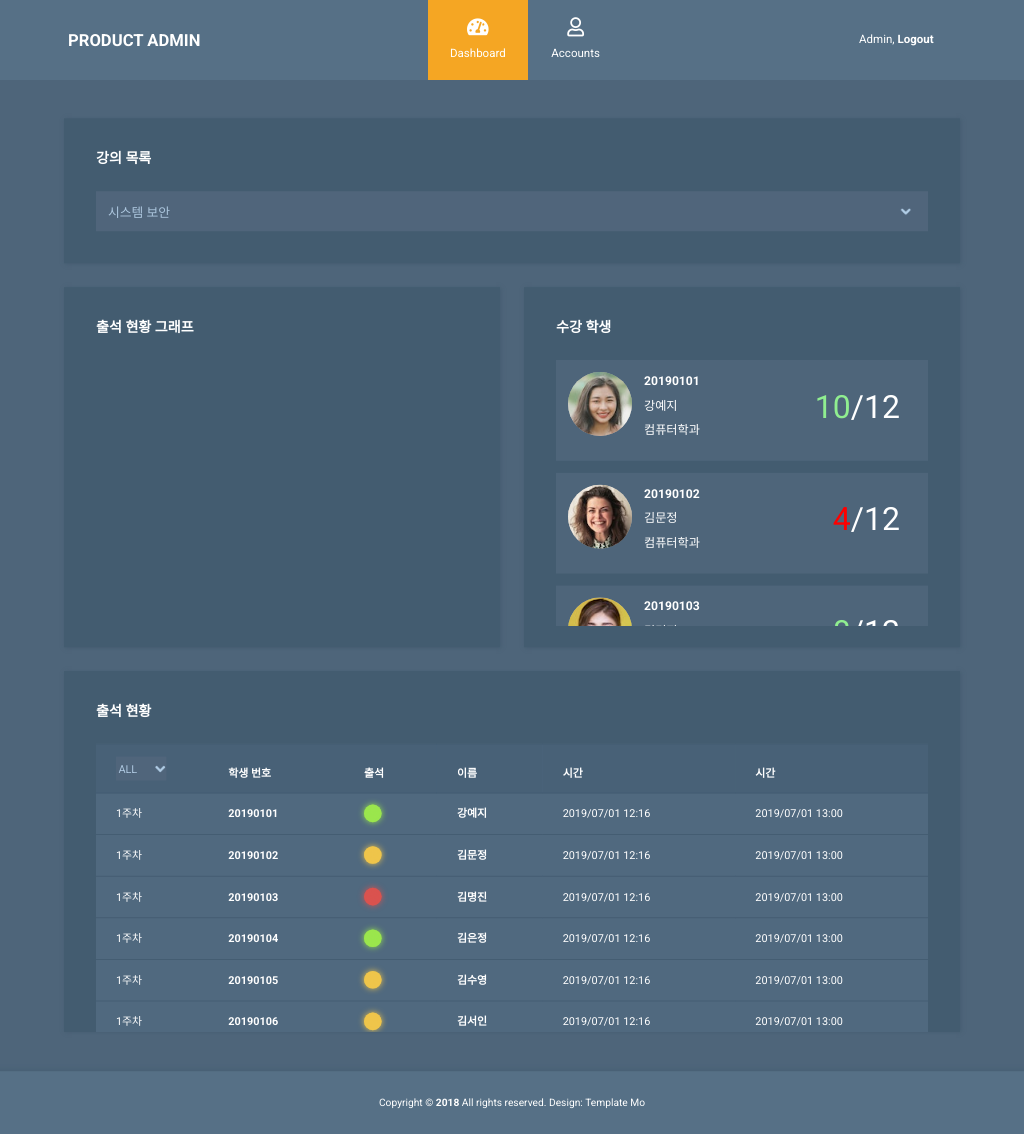
Repository: YJ-S2/2019-FaceAPI
Page: test1-master/web/123/WebContent/web1.html
An editor plug-in stored every save of this project. The page is shown before and after the next save, followed by the edit.
The browser window is 1280 px wide. The pictures show the whole page, at 80% of full size.
An inner scrolling area shows only its first screen.

Above is the page before, as saved 2019-08-11 16:26:52.
Console error: ReferenceError: drawPieChart is not defined

### test1-master/web/123/WebContent/web1.html
<!DOCTYPE html>
<html lang="en">

<head>
    <meta charset="UTF-8">
    <meta name="viewport" content="width=device-width, initial-scale=1.0">
    <meta http-equiv="X-UA-Compatible" content="ie=edge">
    <title>Product Admin - Dashboard HTML Template</title>
    <link rel="icon" type="image/png" href="img/logo1.png"/>

    <link rel="stylesheet" href="https://fonts.googleapis.com/css?family=Roboto:400,700">
    <!-- https://fonts.google.com/specimen/Roboto -->
    <link rel="stylesheet" href="css/fontawesome.min.css">
    <!-- https://fontawesome.com/ -->
    <link rel="stylesheet" href="css/bootstrap.min.css">
    <!-- https://getbootstrap.com/ -->
    <link rel="stylesheet" href="css/templatemo-style.css">
    <!--
	Product Admin CSS Template
	https://templatemo.com/tm-524-product-admin
	-->
	<style>
	.custom-select30 {
	  width: 70%;
	  border: none;
	  color: #acc6de;
	  height: 30px;
	  -webkit-appearance: none;
	  -moz-appearance: none;
	  -ms-appearance: none;
	  -o-appearance: none;
	  appearance: none;
	  -webkit-border-radius: 0;
	  -moz-border-radius: 0;
	  -ms-border-radius: 0;
	  -o-border-radius: 0;
	  border-radius: 0;
	  padding: 3px;
	  background: url(../img/arrow-down.png) 98% no-repeat #50657b;
	}
	.left-mj{
		 margin: 0 0 0 auto;
	}
	.c_red{
		color:red;
	}
	.c_green{
		color:lightgreen;
	}
	.logo {
  width: 25%;
  height: 100%;
  display: -webkit-box;
  display: -webkit-flex;
  display: -moz-box;
  display: -ms-flexbox;
  display: flex;
  justify-content: flex-start;
  align-items: center;
}

.logo img {
  max-width: 100%;
  max-height: 50%;
}
.logo{display: none;}
	.percen{
		align:center;
		padding:20px;
	}
	.tm-status-circle1 {
  display: inline-block;
  margin-right: 5px;
  vertical-align: middle;
  width: 22px;
  height: 22px;
  border-radius: 50%;
  margin-top: -3px;
}
	</style>
</head>

<body id="reportsPage">
    <div class="" id="home">
        <nav class="navbar navbar-expand-xl">
            <div class="container h-100">
                <a class="navbar-brand" href="index.html">
                	<h1 class="tm-site-title mb-0">Product Admin</h1>
                	<!-- <img src="img/logo_2.png" alt="" class="">-->
                </a>
                <button class="navbar-toggler ml-auto mr-0" type="button" data-toggle="collapse" data-target="#navbarSupportedContent"
                    aria-controls="navbarSupportedContent" aria-expanded="false" aria-label="Toggle navigation">
                    <i class="fas fa-bars tm-nav-icon"></i>
                </button>

                <div class="collapse navbar-collapse" id="navbarSupportedContent">
                    <ul class="navbar-nav mx-auto h-100">
                        <li class="nav-item">
                            <a class="nav-link active" href="#">
                                <i class="fas fa-tachometer-alt"></i>
                                Dashboard
                                <span class="sr-only">(current)</span>
                            </a>
                        </li>

                        <li class="nav-item">
                            <a class="nav-link" href="http://localhost:9089/123/accounts.html">
                                <i class="far fa-user"></i>
                                Accounts
                            </a>
                        </li>
                    </ul>
                    <ul class="navbar-nav">
                        <li class="nav-item">
                            <a class="nav-link d-block" href="login.html">
                                Admin, <b>Logout</b>
                            </a>
                        </li>
                    </ul>
                </div>
            </div>

        </nav>
        <div class="container mt-5">
            <div class="row tm-content-row">
		          <div class="col-12 tm-block-col">
		            <div class="tm-bg-primary-dark tm-block tm-block-h-auto">
		              <h2 class="tm-block-title">강의 목록</h2>
		              <select class="custom-select">
		                <option value="0">시스템 보안</option>
		                <option value="1">모바일 소프트웨어</option>
		                <option value="2">시스템 프로그래밍</option>
		                <option value="3">데이터베이스 개론</option>
		                <option value="4">컴퓨터 구조</option>
		              </select>
		            </div>
		          </div>
		        </div>
            <!-- row -->
            <div class="row tm-content-row">



                <div class="col-sm-12 col-md-12 col-lg-6 col-xl-6 tm-block-col">
                    <div class="tm-bg-primary-dark tm-block tm-block-taller">
                        <h2 class="tm-block-title">출석 현황 그래프</h2>
                        <div id="pieChartContainer">
                            <canvas id="pieChart" class="chartjs-render-monitor" width="200" height="200"></canvas>
                        </div>
                    </div>
                </div>
                <div class="col-sm-12 col-md-12 col-lg-6 col-xl-6 tm-block-col">
                    <div class="tm-bg-primary-dark tm-block tm-block-taller tm-block-overflow">
                        <h2 class="tm-block-title">수강 학생</h2>
                        <div class="tm-notification-items">
                            <div class="media tm-notification-item">
                                <div class="tm-gray-circle">
                                	<img src="img/notification-01.jpg" alt="Avatar Image" class="rounded-circle">
                                </div>

	                            <div class="media-body">
	                                <p class="mb-2"><b>20190101</b></p>
	                                <p class="mb-2">강예지</p>
	                                <p class="mb-2">컴퓨터학과</p>
	                            </div>
	                            <div class="percen">
	                            	<h1><span class="c_green">10</span>/12</h1>
	                            </div>
                            </div>
                            <div class="media tm-notification-item">
                                <div class="tm-gray-circle"><img src="img/notification-02.jpg" alt="Avatar Image" class="rounded-circle">
                                </div>
                                <div class="media-body">
                                    <p class="mb-2"><b>20190102</b></p>
	                                <p class="mb-2">김문정</p>
	                                <p class="mb-2">컴퓨터학과</p>
                                </div>
                                <div class="percen">
	                            	<h1><span class="c_red">4</span>/12</h1>
	                            </div>
                            </div>
                            <div class="media tm-notification-item">
                                <div class="tm-gray-circle"><img src="img/notification-03.jpg" alt="Avatar Image" class="rounded-circle"></div>
                                <div class="media-body">
                                    <p class="mb-2"><b>20190103</b></p>
	                                <p class="mb-2">김명진</p>
	                                <p class="mb-2">컴퓨터학과</p>
	                            </div>
	                                <div class="percen">
	                                	<h1><span class="c_green">8</span>/12</h1>
	                                </div>

                            </div>
                            <div class="media tm-notification-item">
                                <div class="tm-gray-circle"><img src="img/notification-01.jpg" alt="Avatar Image" class="rounded-circle"></div>
                                <div class="media-body">
                                    <p class="mb-2"><b>Laura Cute</b> and <b>6 others</b> sent you <a href="#"
                                            class="tm-notification-link">product records</a>.</p>
                                    <span class="tm-small tm-text-color-secondary">6h ago.</span>
                                </div>
                            </div>
                            <div class="media tm-notification-item">
                                <div class="tm-gray-circle"><img src="img/notification-02.jpg" alt="Avatar Image" class="rounded-circle"></div>
                                <div class="media-body">
                                    <p class="mb-2"><b>Samantha</b> and <b>6 others</b> sent you <a href="#"
                                            class="tm-notification-link">order stuffs</a>.</p>
                                    <span class="tm-small tm-text-color-secondary">6h ago.</span>
                                </div>
                            </div>
                            <div class="media tm-notification-item">
                                <div class="tm-gray-circle"><img src="img/notification-03.jpg" alt="Avatar Image" class="rounded-circle"></div>
                                <div class="media-body">
                                    <p class="mb-2"><b>Sophie</b> and <b>6 others</b> sent you <a href="#"
                                            class="tm-notification-link">product updates</a>.</p>
                                    <span class="tm-small tm-text-color-secondary">6h ago.</span>
                                </div>
                            </div>
                            <div class="media tm-notification-item">
                                <div class="tm-gray-circle"><img src="img/notification-01.jpg" alt="Avatar Image" class="rounded-circle"></div>
                                <div class="media-body">
                                    <p class="mb-2"><b>Lily A</b> and <b>6 others</b> sent you <a href="#"
                                            class="tm-notification-link">product updates</a>.</p>
                                    <span class="tm-small tm-text-color-secondary">6h ago.</span>
                                </div>
                            </div>
                            <div class="media tm-notification-item">
                                <div class="tm-gray-circle"><img src="img/notification-02.jpg" alt="Avatar Image" class="rounded-circle"></div>
                                <div class="media-body">
                                    <p class="mb-2"><b>Amara</b> and <b>6 others</b> sent you <a href="#"
                                            class="tm-notification-link">product updates</a>.</p>
                                    <span class="tm-small tm-text-color-secondary">6h ago.</span>
                                </div>
                            </div>
                            <div class="media tm-notification-item">
                                <div class="tm-gray-circle"><img src="img/notification-03.jpg" alt="Avatar Image" class="rounded-circle"></div>
                                <div class="media-body">
                                    <p class="mb-2"><b>Cinthela</b> and <b>6 others</b> sent you <a href="#"
                                            class="tm-notification-link">product updates</a>.</p>
                                    <span class="tm-small tm-text-color-secondary">6h ago.</span>
                                </div>
                            </div>
                        </div>
                    </div>
                </div>
                <div class="col-12 tm-block-col">
                    <div class="tm-bg-primary-dark tm-block tm-block-taller tm-block-scroll">
                    	<h2 class="tm-block-title">출석 현황</h2>



                        <table class="table">
                            <thead>
                                <tr>
                                	<th scope="col">
	                                	<select class="custom-select30">
	                                		<option value="0">ALL</option>
							                <option value="1">1 주차</option>
							                <option value="2">2 주차</option>
							                <option value="3">3 주차</option>
							                <option value="4">4 주차</option>
							           	</select>
							        </th>
                                    <th scope="col">학생 번호</th>
                                    <th scope="col">출석</th>
                                    <th scope="col">이름</th>
                                    <th scope="col">시간</th>
                                    <th scope="col">시간</th>
                                </tr>
                            </thead>
                            <tbody>
                                <tr>
                                	<td>1주차</td>
                                    <th scope="row"><b>20190101</b></th>
                                    <td>
                                        <div class="tm-status-circle1 moving">
                                        </div>
                                    </td>
                                    <td><b>강예지</b></td>
                                    <td>2019/07/01 12:16</td>
                                    <td>2019/07/01 13:00</td>
                                </tr>
                                <tr>
                                	<td>1주차</td>
                                    <th scope="row"><b>20190102</b></th>
                                    <td>
                                        <div class="tm-status-circle1 pending">
                                        </div>
                                    </td>
                                    <td><b>김문정</b></td>
                                    <td>2019/07/01 12:16</td>
                                    <td>2019/07/01 13:00</td>
                                </tr>
                                <tr>
                                	<td>1주차</td>
                                    <th scope="row"><b>20190103</b></th>
                                    <td>
                                        <div class="tm-status-circle1 cancelled">
                                        </div>
                                    </td>
                                    <td><b>김명진</b></td>
                                    <td>2019/07/01 12:16</td>
                                    <td>2019/07/01 13:00</td>
                                </tr>
                                <tr>
                                	<td>1주차</td>
                                    <th scope="row"><b>20190104</b></th>
                                    <td>
                                        <div class="tm-status-circle1 moving">
                                        </div>
                                    </td>
                                    <td><b>김은정</b></td>
                                    <td>2019/07/01 12:16</td>
                                    <td>2019/07/01 13:00</td>
                                </tr>
                                <tr>
                                	<td>1주차</td>
                                    <th scope="row"><b>20190105</b></th>
                                    <td>
                                        <div class="tm-status-circle1 pending">
                                        </div>
                                    </td>
                                    <td><b>김수영</b></td>
                                    <td>2019/07/01 12:16</td>
                                    <td>2019/07/01 13:00</td>
                                </tr>
                                <tr>
                                	<td>1주차</td>
                                    <th scope="row"><b>20190106</b></th>
                                    <td>
                                        <div class="tm-status-circle1 pending">
                                        </div>
                                    </td>
                                    <td><b>김서인</b></td>
                                    <td>2019/07/01 12:16</td>
                                    <td>2019/07/01 13:00</td>
                                </tr>
                                <tr>
                                	<td>1주차</td>
                                    <th scope="row"><b>20190107</b></th>
                                    <td>
                                        <div class="tm-status-circle1 moving">
                                        </div>
                                    </td>
                                    <td><b>나인영</b></td>
                                    <td>2019/07/01 12:16</td>
                                    <td>2019/07/01 13:00</td>
                                </tr>
                                <tr>
                                	<td>1주차</td>
                                    <th scope="row"><b>20190108</b></th>
                                    <td>
                                        <div class="tm-status-circle1 moving">
                                        </div>
                                    </td>
                                    <td><b>도인아</b></td>
                                    <td>2019/07/01 12:16</td>
                                    <td>2019/07/01 13:00</td>
                                </tr>
                                <tr>
                                	<td>1주차</td>
                                    <th scope="row"><b>20190109</b></th>
                                    <td>
                                        <div class="tm-status-circle1 moving">
                                        </div>
                                    </td>
                                    <td><b>변수아</b></td>
                                    <td>2019/07/01 12:16</td>
                                    <td>2019/07/01 13:00</td>
                                </tr>
                                <tr>
                                	<td>1주차</td>
                                    <th scope="row"><b>20190110</b></th>
                                    <td>
                                        <div class="tm-status-circle1 cancelled">
                                        </div>
                                    </td>
                                    <td><b>박혜인</b></td>
                                    <td>2019/07/01 12:16</td>
                                    <td>2019/07/01 13:00</td>
                                </tr>
                                <tr>
                                	<td>1주차</td>
                                    <th scope="row"><b>20190111</b></th>
                                    <td>
                                        <div class="tm-status-circle1 moving">
                                        </div>
                                    </td>
                                    <td><b>박민지</b></td>
                                    <td>2019/07/01 12:16</td>
                                    <td>2019/07/01 13:00</td>
                                </tr>
                            </tbody>
                        </table>
                    </div>
                </div>
            </div>
        </div>
        <footer class="tm-footer row tm-mt-small">
            <div class="col-12 font-weight-light">
                <p class="text-center text-white mb-0 px-4 small">
                    Copyright &copy; <b>2018</b> All rights reserved.

                    Design: <a rel="nofollow noopener" href="https://templatemo.com" class="tm-footer-link">Template Mo</a>
                </p>
            </div>
        </footer>
    </div>

    <script src="js/jquery-3.3.1.min.js"></script>
    <!-- https://jquery.com/download/ -->
    <script src="js/moment.min.js"></script>
    <!-- https://momentjs.com/ -->
    <script src="js/Chart.min.js"></script>
    <!-- http://www.chartjs.org/docs/latest/ -->
    <script src="js/bootstrap.min.js"></script>
    <!-- https://getbootstrap.com/ -->
    <script src="js/tooplate-scripts.js"></script>
    <script>
        Chart.defaults.global.defaultFontColor = 'white';
        let ctxPie,
            optionsPie,
            configPie,
			pieChart;
        // DOM is ready
        $(function() {
        	drawPieChart(); // Pie Chart
        })
    </script>
</body>

</html>

### test1-master/web/123/WebContent/js/tooplate-scripts.js
const width_threshold = 480;


function updateLineChart() {
  if (lineChart) {
    lineChart.options = optionsLine;
    lineChart.update();
  }
}

function updateBarChart() {
  if (barChart) {
    barChart.options = optionsBar;
    barChart.update();
  }
}

Loaded but not shown: test1-master/web/123/WebContent/css/fontawesome.min.css (library); test1-master/web/123/WebContent/css/bootstrap.min.css (library); test1-master/web/123/WebContent/js/jquery-3.3.1.min.js (library); test1-master/web/123/WebContent/js/moment.min.js (library); test1-master/web/123/WebContent/js/Chart.min.js (library); test1-master/web/123/WebContent/js/bootstrap.min.js (library); test1-master/web/123/WebContent/css/templatemo-style.css (709 lines, source omitted)

After the next save:
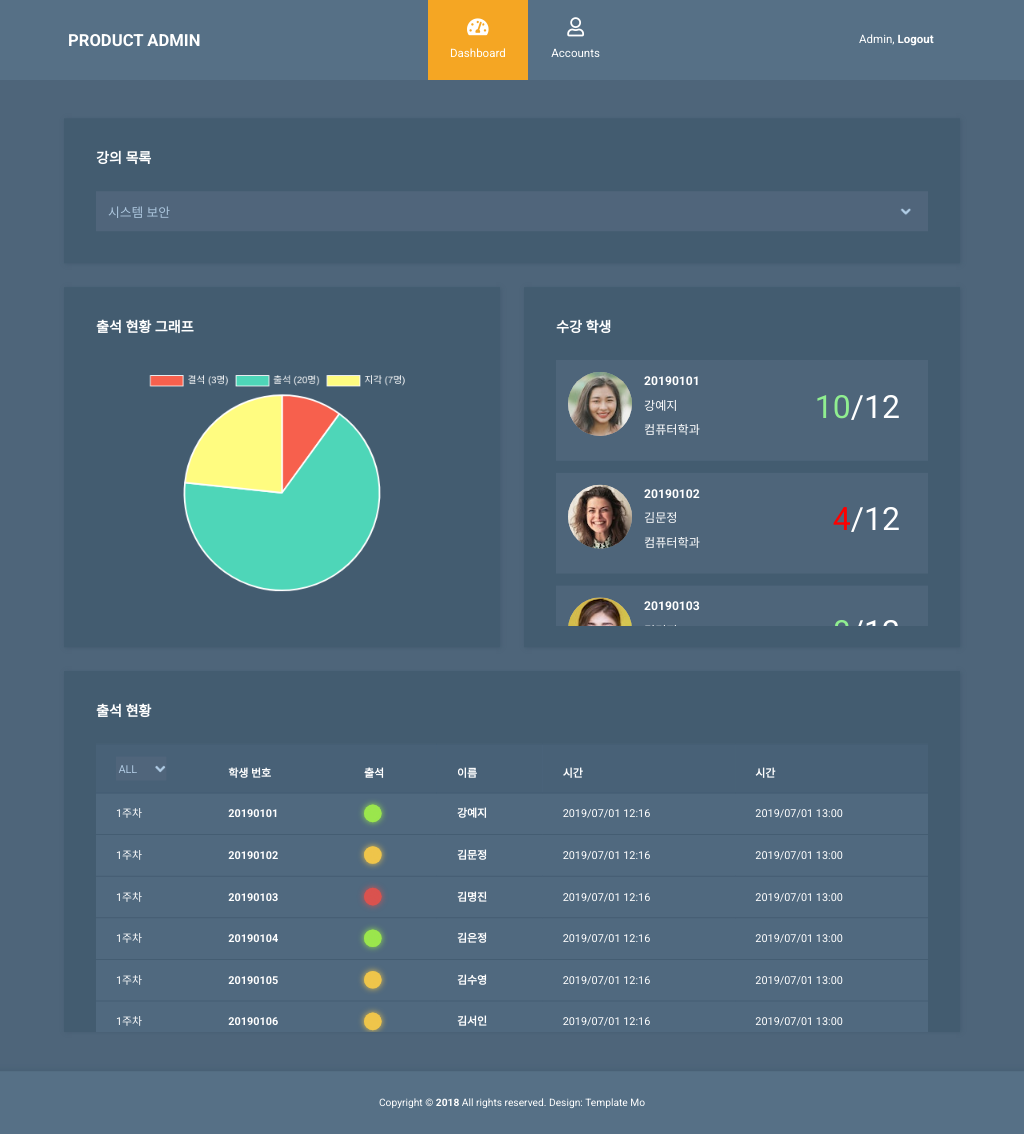
The error is gone.
Saved 39 s later.
--- a/test1-master/web/123/WebContent/js/tooplate-scripts.js
+++ b/test1-master/web/123/WebContent/js/tooplate-scripts.js
@@ -1,5 +1,51 @@
 const width_threshold = 480;
 
+function drawPieChart() {
+	  if ($("#pieChart").length) {
+	    var chartHeight = 300;
+
+	    $("#pieChartContainer").css("height", chartHeight + "px");
+
+	    ctxPie = document.getElementById("pieChart").getContext("2d");
+
+	    optionsPie = {
+	      responsive: true,
+	      maintainAspectRatio: false,
+	      layout: {
+	        padding: {
+	          left: 10,
+	          right: 10,
+	          top: 10,
+	          bottom: 10
+	        }
+	      },
+	      legend: {
+	        position: "top"
+	      }
+	    };
+
+	    configPie = {
+	      type: "pie",
+	      data: {
+	        datasets: [
+	          {
+	            data: [3, 20, 7],
+	            backgroundColor: ["#F7604D", "#4ED6B8", "#FFFC80"],
+	            label: "Storage"
+	          }
+	        ],
+	        labels: [
+	          "결석 (3명)",
+	          "출석 (20명)",
+	          "지각 (7명)"
+	        ]
+	      },
+	      options: optionsPie
+	    };
+
+	    pieChart = new Chart(ctxPie, configPie);
+	  }
+	}
 
 function updateLineChart() {
   if (lineChart) {
